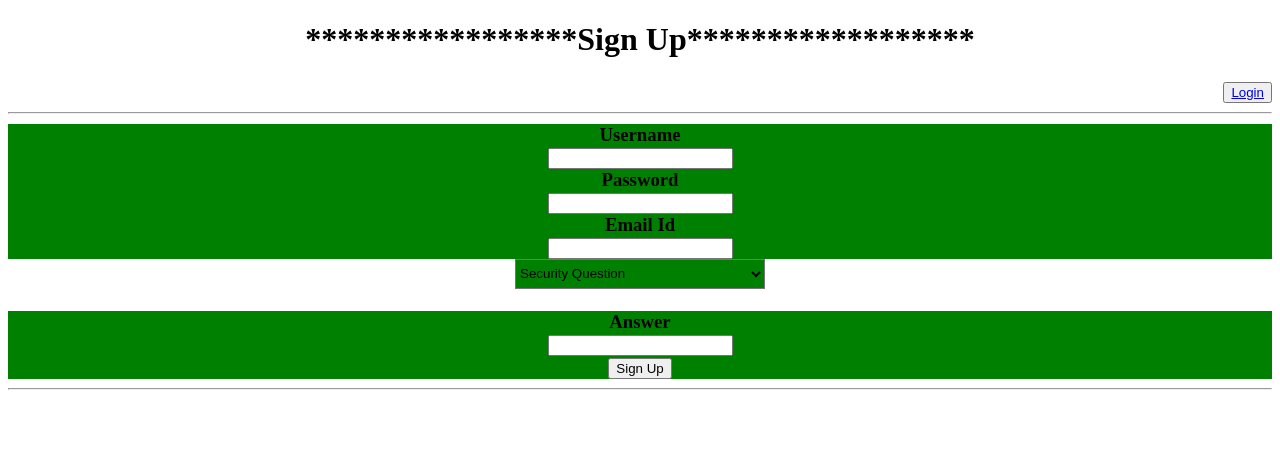
Repository: ShikhaRawat6/mail_simulation
Page: http://localhost/Mail_Simulation/WEB-INF/view/registration.jsp
These files come from the project's save history. The page is drawn as it stood at one moment and after the next save; the edit follows.
The browser window is 1280 px wide. The pictures show the whole page.
The page is served by Tomcat 9. Nobody is signed in. Other server files are loaded and not shown. The template is opened directly, without the code that normally fills it, so the values that code supplies are empty.

Above is the page before, as saved 2020-01-30 14:19:15.

### Mail_Simulation/WebContent/WEB-INF/view/registration.jsp
<%@ page language="java" contentType="text/html; charset=ISO-8859-1"
    pageEncoding="ISO-8859-1"%>
    <%@ taglib uri="http://java.sun.com/jsp/jstl/core" prefix="c"%>
<!DOCTYPE html>
<html>
<head>
<meta charset="ISO-8859-1">
<title>Insert title here</title>
</head>
<body>
<h1 align="center">*****************Sign Up******************</h1>
<h1 align="center" ><label  style="background-color: red";>${msg }</label></h1>
<h3 align="right"><button><a href="login">Login</a></button>
<hr>
	<form action="regmail" align="center" method="post">

			<div style="background-color: green";>	<label for="username" >

				Username</label> <br> <input type="text"name="username" id="username" required="required">

			</div>

			<div style="background-color: green";><label for="password">

					Password</label> <br><input type="password" name="password" id="password" required="required">
			</div>

			<div>
			<div style="background-color: green";><label for="name">

				Email Id</label> <br> <input type="email" name="email" id="email" required="required">
			</div>

			<!-- <div style="background-color: green";><label for="scrqn">

				 </label> <br> <input type="text" name="scrqn" id="scrqn" required="required">
			</div> -->

			<select name='scrqn' id='scrqn' required="required" style="width: 250px; height: 30px; background-color: green";>
			<option value='' selected disabled style="background-color: green";>Security Question</option>
			<option value="1">What's your pet name?</option>
			<option value="2">Who's your favourite actor?</option>
			<option value="2">Who's your favourite food?</option>
			</select><br>
			<br>

			<div style="background-color: green";><label for="scrans">

				Answer</label> <br> <input type="text" name="scrans" id="scrans" required="required">
			</div>

			<div style="background-color: green">
				<button  type="submit">Sign Up</button>
			</div>
		</form>
<hr>

</body>
</html>

After the next save:
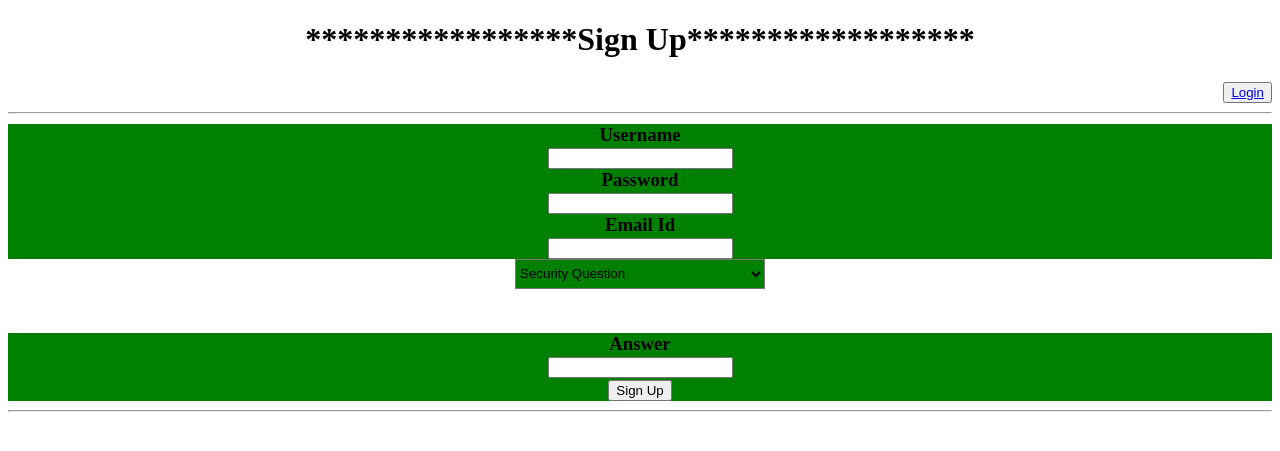
Saved 56 s later.
--- a/Mail_Simulation/WebContent/WEB-INF/view/registration.jsp
+++ b/Mail_Simulation/WebContent/WEB-INF/view/registration.jsp
@@ -25,7 +25,7 @@
 					Password</label> <br><input type="password" name="password" id="password" required="required">
 			</div>
 
-			<div>
+
 			<div style="background-color: green";><label for="name">
 
 				Email Id</label> <br> <input type="email" name="email" id="email" required="required">
@@ -35,13 +35,15 @@
 
 				 </label> <br> <input type="text" name="scrqn" id="scrqn" required="required">
 			</div> -->
-
+			<div>
 			<select name='scrqn' id='scrqn' required="required" style="width: 250px; height: 30px; background-color: green";>
 			<option value='' selected disabled style="background-color: green";>Security Question</option>
 			<option value="1">What's your pet name?</option>
 			<option value="2">Who's your favourite actor?</option>
 			<option value="2">Who's your favourite food?</option>
-			</select><br>
+			</select>
+			</div>
+			<br>
 			<br>
 
 			<div style="background-color: green";><label for="scrans">
